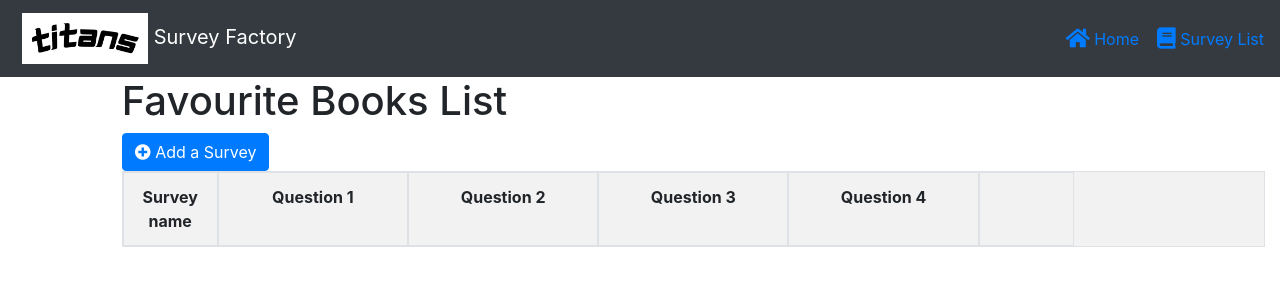
Repository: lord-NAVY/titans
Page: http://localhost/book-list
The author's editor kept a copy of each file at every save. The page is drawn from the files as they stood at one save, then again after the next save.
The browser window is 1280 px wide. The pictures show the whole page.
The page is served by the project's Node server (server.js). Queries for data that is not in the repository find no rows.

Above is the page before, as saved 2021-11-09 21:08:46.

After the next save:
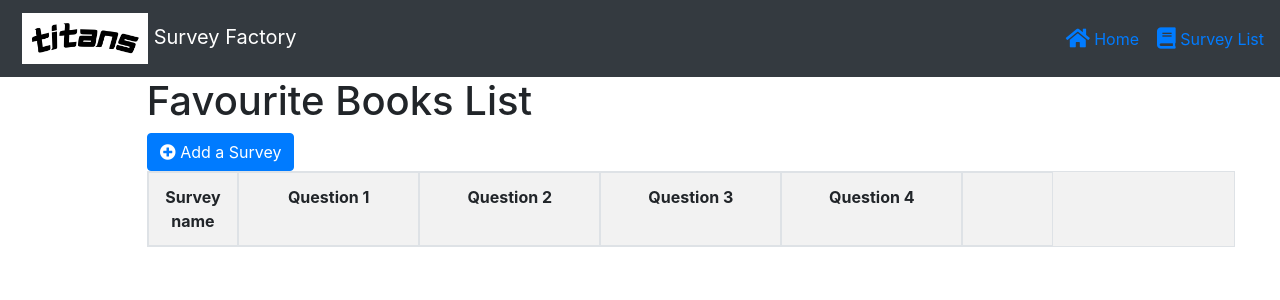
Saved 18 s later.
--- a/server/views/book/index.ejs
+++ b/server/views/book/index.ejs
@@ -5,7 +5,7 @@
 
   <!-- Main Content -->
   <main class="container-fluid">
-    <div class="row">
+    <div class="container-fluid">
         <div class="offset-md-1 col-md-11">
             <h1>Favourite Books List</h1>
 
